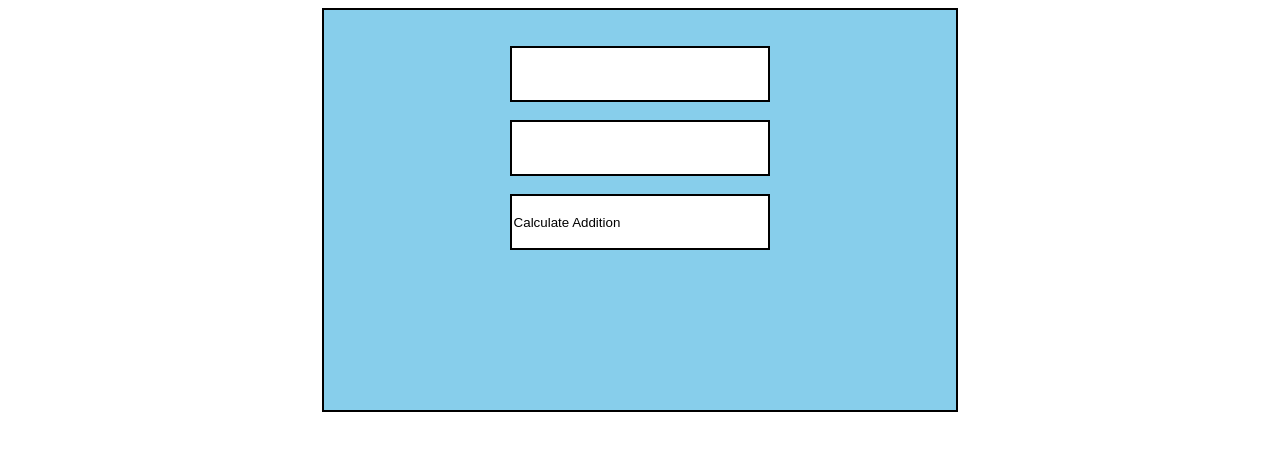
Repository: KiranNaikwadi/JSP
Page: http://localhost/Program/Add.jsp
These files come from the project's save history. The page is drawn as it stood at one moment and after the next save; the edit follows.
The browser window is 1280 px wide. The pictures show the whole page.
The page is served by Tomcat 9.

Above is the page before, as saved 2024-04-06 04:51:00.

### Program/src/main/webapp/Add.jsp
<%@ page language="java" contentType="text/html; charset=UTF-8"
    pageEncoding="UTF-8"%>
<!DOCTYPE html>
<html>
<head>
<meta charset="UTF-8">
<title>Insert title here</title>
<style>
input{
height:50px;
width:40%;
border: 2px solid black;
}
form{
border:2px solid black;
height:400px;
width:50%;
background-color: skyblue;
}
</style>
</head>
<body>
<%!
int a,b,c;
%>
<center>
<form name='frm' action='' method='get'><br><br>
<input type='text' name='first' value=''><br><br>
<input type='text' name='second' value=''><br><br>
<input type='text' name='s' value='Calculate Addition'>
</center>
</form>
<%
String btn=request.getParameter("s");
if(btn!=null){
	a=Integer.parseInt(request.getParameter("first"));
	b=Integer.parseInt(request.getParameter("second"));
	c=a+b;
	out.println("<h1>Addition is +c </h1>");

}
%>
</body>
</html>

After the next save:
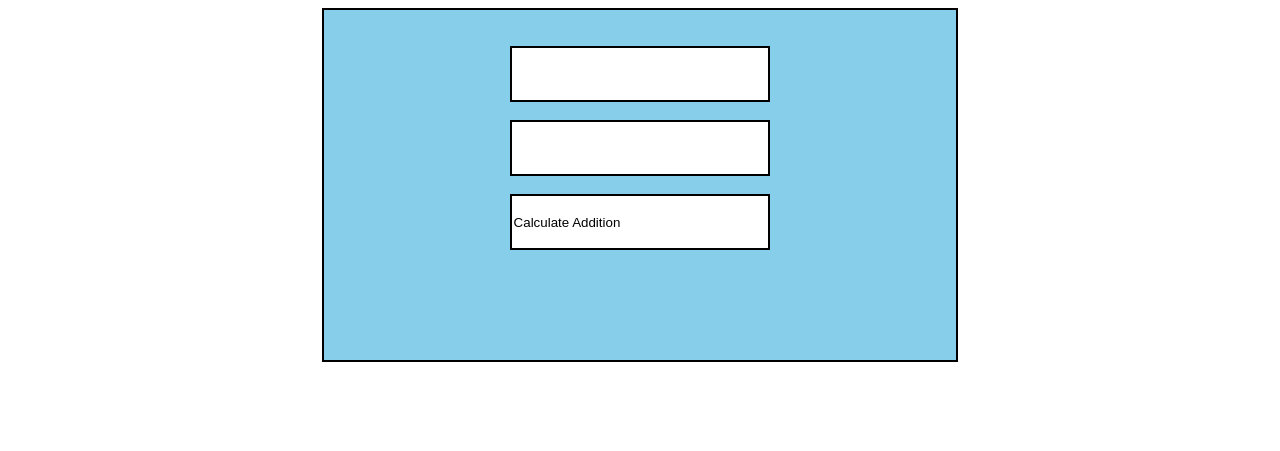
Saved 23 s later.
--- a/Program/src/main/webapp/Add.jsp
+++ b/Program/src/main/webapp/Add.jsp
@@ -13,7 +13,7 @@ border: 2px solid black;
 }
 form{
 border:2px solid black;
-height:400px;
+height:350px;
 width:50%;
 background-color: skyblue;
 }
